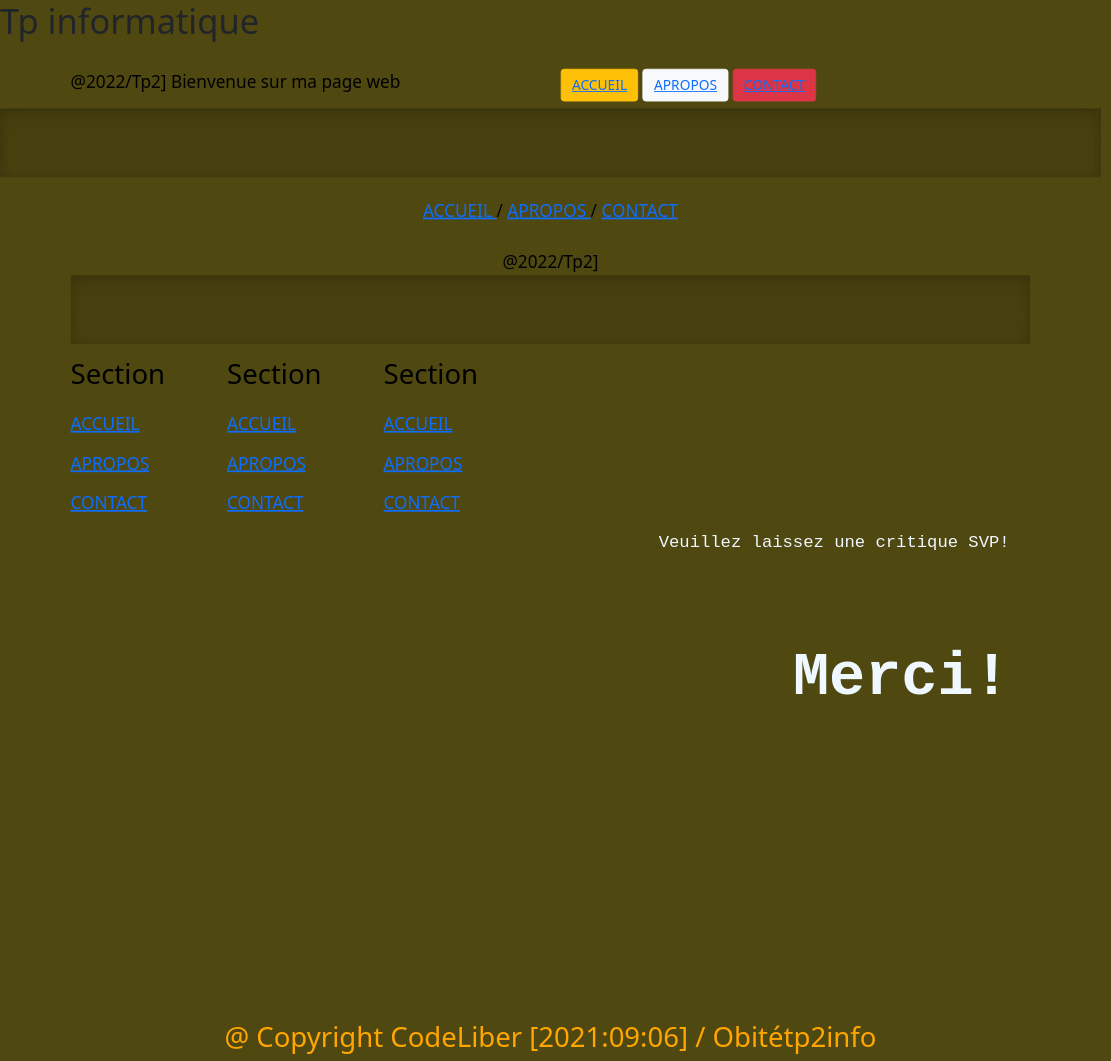
Repository: zezesylvain/cours-l3-info-2023-2024
Page: k.obite/Tp 2/Tp2/Index.html
An editor plug-in stored every save of this project. The page is shown before and after the next save, followed by the edit.
The browser window is 1280 px wide. The page is 1280 px wide, then 1292 px, then 1280 px, so the pictures cover 1292 px, including what lies to the right of the window. The pictures show the part of the page from y = 200 to 1434 px (the page is 1434 px tall before and 1416 px after), at 86% of full size.

Above is the page before, as saved 2021-12-15 11:18:28.

After the next save:
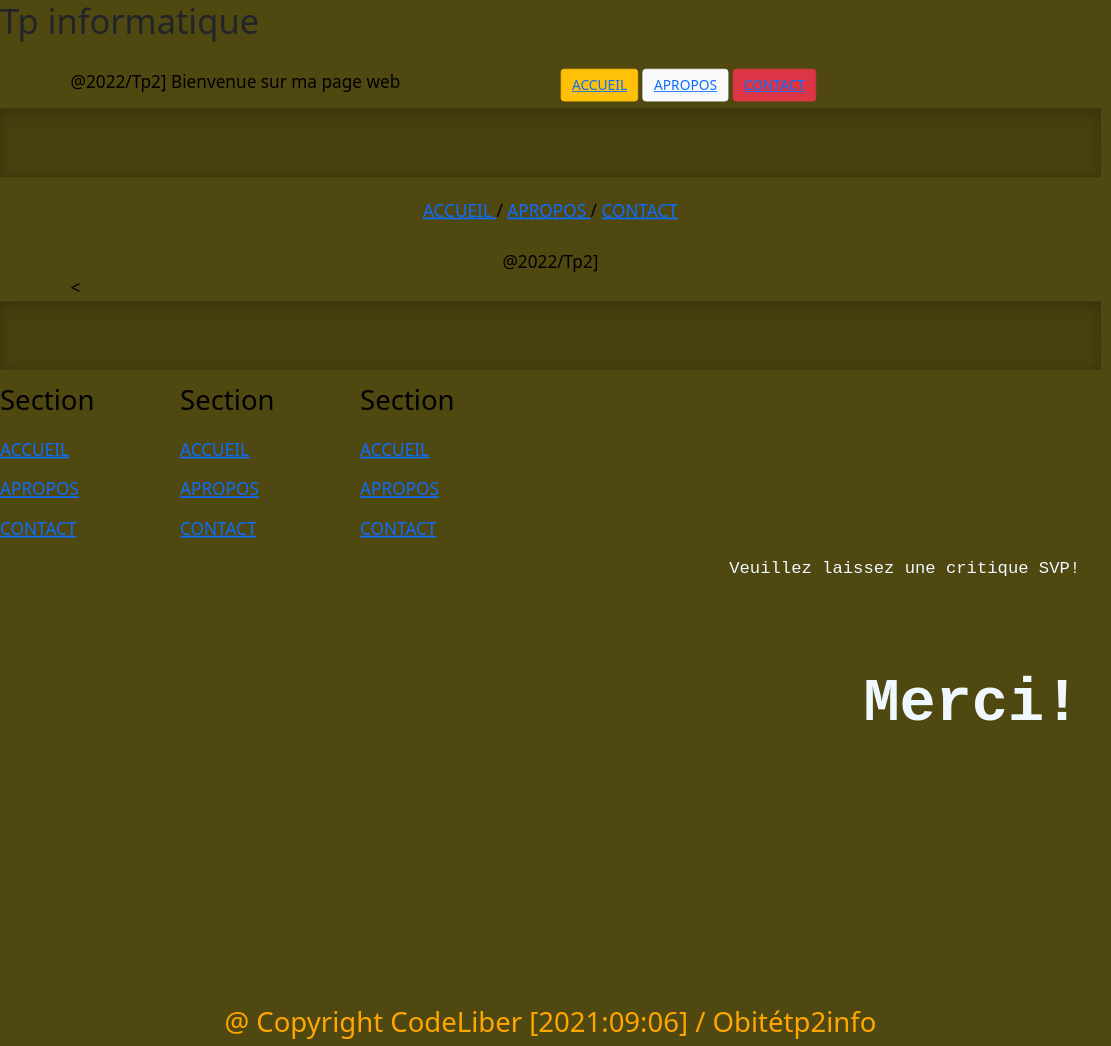
Saved 14 s later.
--- a/k.obite/Tp 2/Tp2/Index.html
+++ b/k.obite/Tp 2/Tp2/Index.html
@@ -57,7 +57,7 @@
             @2022/Tp2]
          </div>
         </div>
-
+     <</div>
 
 
      <div id="vide"> </div>

After the 2 saves that followed:
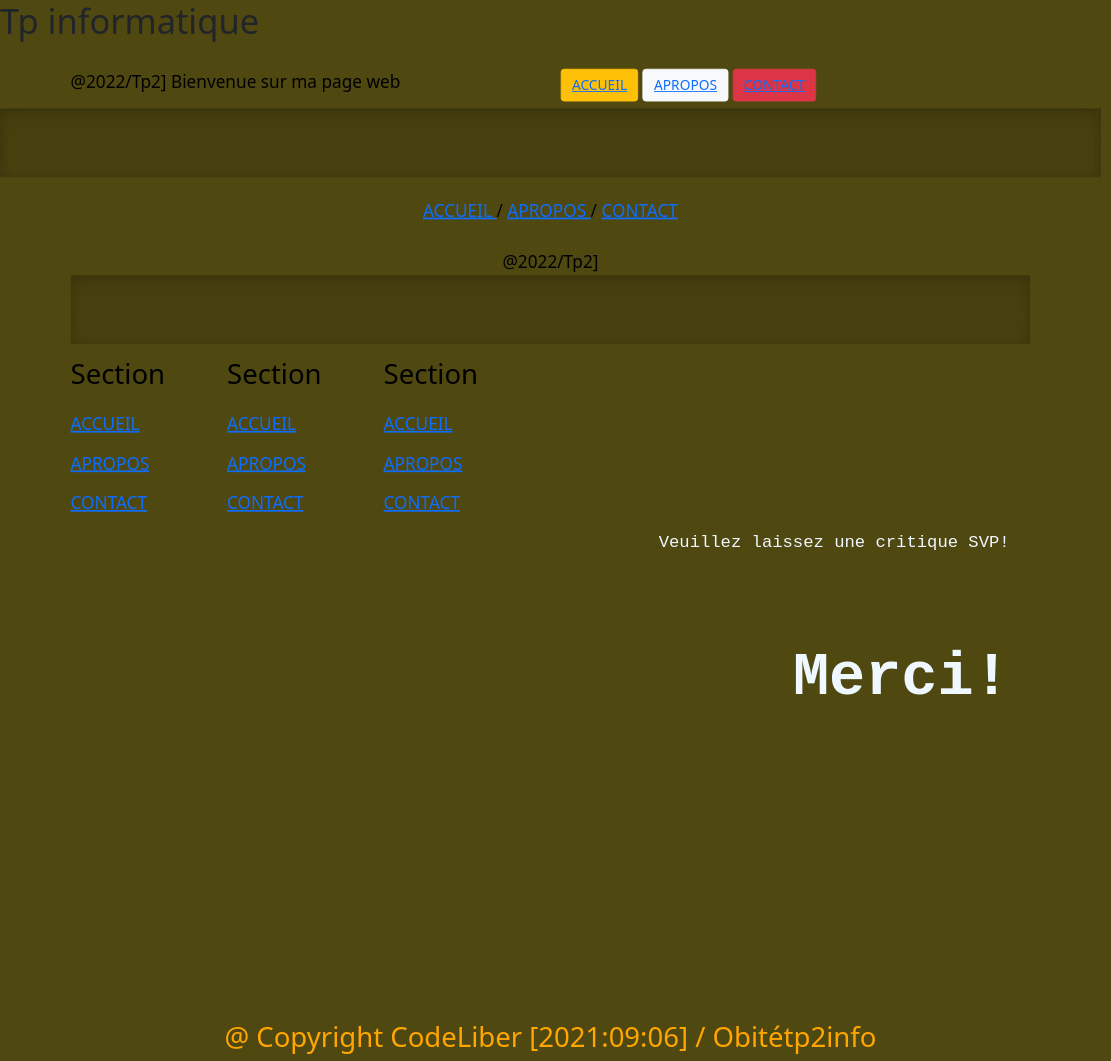
The 2 saves are shown as one change because they came seconds apart.
The last was saved 31 s later.
--- a/k.obite/Tp 2/Tp2/Index.html
+++ b/k.obite/Tp 2/Tp2/Index.html
@@ -57,7 +57,7 @@
             @2022/Tp2]
          </div>
         </div>
-     <</div>
+     <d</div>
 
 
      <div id="vide"> </div>
